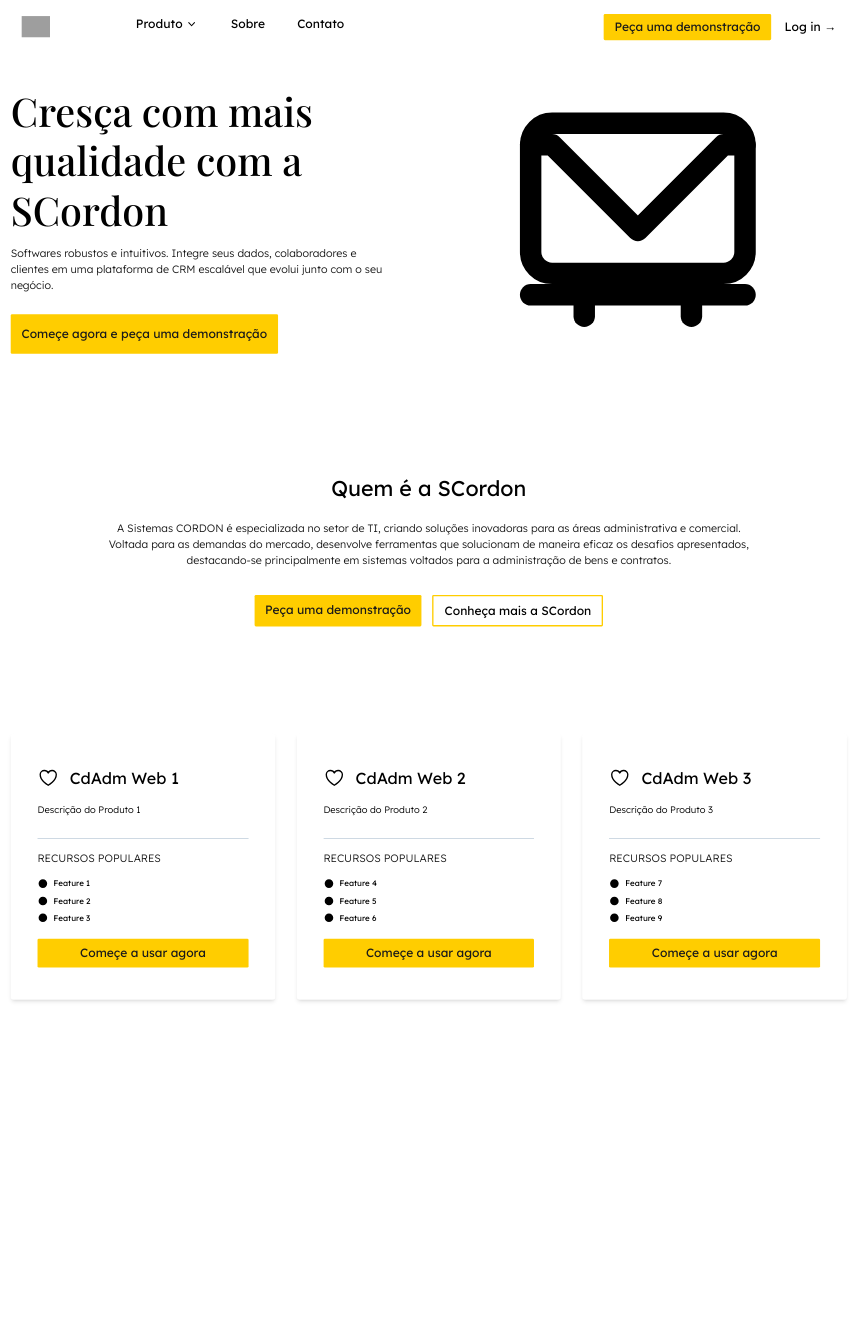
Repository: VereAbsolutum/site-institucional
Page: /
The author's editor kept a copy of each file at every save. The page is drawn from the files as they stood at one save, then again after the next save.
The browser window is 1280 px wide. The pictures show the whole page, at 67% of full size.
Pictures or frames that could not be fetched are drawn as grey boxes. The project was rebuilt for these pictures with package versions that can differ from the ones it lists, and the page was loaded fresh each time. Also part of the build but not shown: vite.config.ts, src/presentation/components/buttons/button-base.tsx, src/presentation/components/buttons/button-border-primary.tsx, src/presentation/components/buttons/button-primary.tsx, src/presentation/components/links/link-border-white.tsx, src/presentation/components/typography/heading1.tsx, src/presentation/pages/not-found/notFound.tsx.

Above is the page before, as saved 2023-04-15 22:20:29.

### src/App.tsx
import React from 'react'
import { BrowserRouter, Routes, Route } from "react-router-dom"
import { Home, NotFound } from './presentation/pages'

const App: React.FC = () => {
  return (
    <BrowserRouter >
      <Routes>
        <Route path='/' element={<Home />} />
        <Route path='*' element={<NotFound />} />
      </Routes>
    </BrowserRouter>
  )
}

export default App

### src/index.css
@import url('https://fonts.googleapis.com/css2?family=Lexend+Deca:wght@300;400&family=Manrope:wght@800&family=Playfair+Display:wght@500&display=swap');

@tailwind base;
@tailwind components;
@tailwind utilities;

### src/presentation/pages/index.ts
export { default as Home } from './home/home'
export { default as NotFound } from './not-found/notFound'

### src/presentation/pages/home/home.tsx
import React from 'react';
import { Header, LinkBorderPrimary, LinkPrimary, TextDisplay, TextHeading2, TextMenu, TextParagraph } from '../../components';
import ProductCard from '../../components/card/product-card';
import { productCardData } from './components';

const home: React.FC = () => {
    return (
        <>
            <Header />
            <main>
                <section className='container py-12 mb-12'>
                    <div className='grid grid-cols-1 sm:grid-cols-2'>
                        <div className='grid grid-cols-1 gap-4 order-2 sm:order-1'>
                            <h1>
                                <TextDisplay>
                                    Cresça com mais qualidade com a SCordon
                                </TextDisplay>
                            </h1>
                            <p className='mb-4 pr-12'>
                                <TextParagraph>
                                    Softwares robustos e intuitivos. Integre seus dados, colaboradores e clientes em uma plataforma de CRM escalável que evolui junto com o seu negócio.
                                </TextParagraph>
                            </p>
                            <div>
                                <LinkPrimary className='py-4 block md:inline-block text-center lg:text-left hidden'>
                                    Começe agora e peça uma demonstração
                                </LinkPrimary>
                                <LinkPrimary className='py-4 block md:hidden text-center lg:text-left'>
                                    Peça uma demonstração
                                </LinkPrimary>
                            </div>
                        </div>
                        <div className='flex justify-center items-center order-1 sm:order-2'>
                            <svg xmlns="http://www.w3.org/2000/svg" width="150" height="150" viewBox="0 0 24 24" fill="none" stroke="currentColor" strokeWidth="2" strokeLinecap="round" strokeLinejoin="round" className="w-full h-auto sm:max-w-sm">
                                <rect x="2" y="3" width="20" height="14" rx="2" ry="2"></rect>
                                <path d="M22 5H20L12 13L4 5H2"></path>
                                <line x1="2" y1="19" x2="22" y2="19"></line>
                                <line x1="7" y1="19" x2="7" y2="21"></line>
                                <line x1="17" y1="19" x2="17" y2="21"></line>
                            </svg>
                        </div>
                    </div>
                </section>


                <section className='container py-20'>
                    <div className='text-center lg:px-36'>
                        <h2 className='mb-6'>
                            <TextHeading2>
                                Quem é a SCordon
                            </TextHeading2>
                        </h2>
                        <p className='mb-10'>
                            <TextParagraph>
                                A Sistemas CORDON é especializada no setor de TI, criando soluções inovadoras para as áreas administrativa e comercial. Voltada para as demandas do mercado, desenvolve ferramentas que solucionam de maneira eficaz os desafios apresentados, destacando-se principalmente em sistemas voltados para a administração de bens e contratos.
                            </TextParagraph>
                        </p>

                        <div className='flex flex-col sm:flex-row sm:justify-center gap-4'>
                            <LinkPrimary className='py-2'>
                                <TextMenu>
                                    Peça uma demonstração
                                </TextMenu>
                            </LinkPrimary>
                            <LinkBorderPrimary className='py-2'>
                                <TextMenu>
                                    Conheça mais a SCordon
                                </TextMenu>
                            </LinkBorderPrimary>
                        </div>
                    </div>
                </section>

                <section className='container py-20 mb-32'>
                    <div className='grid grid-cols-1 gap-8 md:grid-cols-2 lg:grid-cols-3'>
                        {productCardData && productCardData.map((data, index) =>
                            <ProductCard key={index} {...data} />
                        )}
                    </div>
                </section>

                <section className='container py-20 mb-32'>
                    <div className='grid grid-cols-2 md:grid-cols-3'>
                        <div className='text-center'>

                        </div>
                    </div>
                </section>
            </main>
        </>
    );
};

export default home;

### src/presentation/components/index.ts
export { default as Header } from './header/header'

export { default as ButtonBase } from './buttons/button-base'
export { default as ButtonBorderPrimary } from './buttons/button-border-primary'
export { default as ButtonPrimary } from './buttons/button-primary'

export { default as LinkBase } from './links/link-base'
export { default as LinkPrimary } from './links/link-primary'
export { default as LinkBorderPrimary } from './links/link-border-primary'
export { default as LinkBorderWhite } from './links/link-border-white'

export { default as TextBase } from './typography/text-base'
export { default as TextDisplay } from './typography/display'
export { default as TextHeading1 } from './typography/heading1'
export { default as TextHeading2 } from './typography/heading2'
export { default as TextHeading3 } from './typography/heading3'
export { default as TextParagraph } from './typography/paragraph'
export { default as TextParagraphSmall } from './typography/paragraph-small'
export { default as TextCaption } from './typography/caption'
export { default as TextMenu } from './typography/menu'

export { default as List } from './list/list'

### src/presentation/components/card/product-card.tsx
import { HeartIcon } from '@heroicons/react/24/outline';
import React from 'react';
import { LinkPrimary, List, TextCaption, TextParagraph, TextParagraphSmall } from '..';

export type ProductCardProps = {
    imageUrl: string;
    title: string;
    description: string;
    features: string[];
    ctaText: string;
    ctaHref: string;
};

const ProductCard: React.FC<ProductCardProps> = (cardContent: ProductCardProps) => {
    return (
        <div className="bg-white p-6 rounded shadow-md px-10 py-12 transform hover:scale-[1.02] duration-500 ease-in-out">
            <div className="flex flex-col">
                <div className="flex items-center mb-4">
                    <HeartIcon className="w-8 h-auto mr-4 text-blue-500" />
                    <h3 className="font-medium text-[24px]">{cardContent.title}</h3>
                </div>
                <div>
                    <p className="mb-8">
                        <TextParagraphSmall>
                            {/* Conheça a sua nova plataforma digital feita para fornecer todas as ferramentas necessárias para a administração da sua imobiliária. */}
                            {cardContent.description}
                        </TextParagraphSmall>
                    </p>
                    <div className='border-t-black border-t border-solid'>
                        <h4 className='my-4'>
                            <TextParagraph>
                                RECURSOS POPULARES
                            </TextParagraph>
                        </h4>
                        <List items={cardContent.features} />
                        <div className='mt-5'>
                            <LinkPrimary className="block text-center py-2" href={cardContent.ctaHref}>
                                Começe a usar agora
                            </LinkPrimary>
                        </div>
                    </div>
                </div>
            </div>
        </div>
    );
};

export default ProductCard;

### src/presentation/pages/home/components/index.ts
export * from './product-card-data'

### src/presentation/components/header/header.tsx
import React, { useState } from 'react'
import {
    Bars3Icon,
    ChartPieIcon,
    CursorArrowRaysIcon,
    FingerPrintIcon,
} from '@heroicons/react/24/outline'
import { PhoneIcon, PlayCircleIcon } from '@heroicons/react/20/solid'
import { MainMenu, MobileMenu } from './components'
import { ButtonPrimary, LinkPrimary, TextMenu, TextParagraphSmall } from '..'

const products = [
    { name: 'CdAdm Web', description: 'Get a better understanding of your traffic', href: '#', icon: ChartPieIcon },
    { name: 'CdAdm Grafico', description: 'Speak directly to your customers', href: '#', icon: CursorArrowRaysIcon },
    { name: 'CdFin', description: 'Your customers’ data will be safe and secure', href: '#', icon: FingerPrintIcon }
]
const callsToAction = [
    { name: 'Assista a Demo', href: '#', icon: PlayCircleIcon },
    { name: 'Contato', href: '#', icon: PhoneIcon },
]

function classNames(...classes: string[]) {
    return classes.filter(Boolean).join(' ');
}

const header: React.FC = () => {
    const [mobileMenuOpen, setMobileMenuOpen] = useState(false)

    return (
        <header className="bg-white">
            <nav className="mx-auto flex max-w-7xl items-center justify-between p-6 lg:px-8" aria-label="Global">

                <div className="flex lg:flex-1">
                    <a href="#" className="-m-1.5 p-1.5">
                        <span className="sr-only">SCordon</span>
                        <img className="h-8 w-auto" src="https://tailwindui.com/img/logos/mark.svg?color=indigo&shade=600" alt="" />
                    </a>

                    {/* main menu */}
                    <div className='ml-32'>
                        <MainMenu products={products} />
                    </div>
                </div>

                <div className="flex lg:hidden">
                    {/* Button */}
                    <button
                        type="button"
                        className="-m-2.5 inline-flex items-center justify-center rounded-md p-2.5 text-gray-700"
                        onClick={() => setMobileMenuOpen(true)}
                    >
                        <span className="sr-only">Open main menu</span>
                        <Bars3Icon className="h-6 w-6" aria-hidden="true" />
                    </button>
                </div>



                <div className="hidden lg:flex lg:flex-1 lg:justify-end align-items: center">
                    <div className='mr-5'>
                        <LinkPrimary className='py-2'>
                            <TextMenu>
                                Peça uma demonstração
                            </TextMenu>
                        </LinkPrimary>
                    </div>
                    <div className="flex items-center">
                        <a href="#" className="text-lg font-medium leading-6 font-semibold">
                            Log in <span aria-hidden="true">&rarr;</span>
                        </a>
                    </div>
                    {/* Button */}
                </div>
            </nav>

            <MobileMenu
                mobileMenuOpen={mobileMenuOpen}
                setMobileMenuOpen={setMobileMenuOpen}
                products={products}
                callsToAction={callsToAction}
            />
        </header>
    )
}

export default header

### src/presentation/components/links/link-base.tsx
import React from 'react';

export type LinkBaseProps = React.AnchorHTMLAttributes<HTMLAnchorElement> & {
    className?: string;
};

const linkBase: React.FC<LinkBaseProps> = ({ children, className, ...rest }) => {
    const baseClasses =
        'duration-500 ease-in-out font-semibold cursor-pointer rounded-sm hover:bg-blue-700 focus:outline-none focus:ring-2 focus:ring-blue-400 focus:ring-opacity-75';

    return (
        <a className={`${baseClasses} ${className}`} {...rest}>
            {children}
        </a>
    );
};

export default linkBase;

### src/presentation/components/links/link-primary.tsx
// FilledButton.tsx
import React from 'react';
import { LinkBase } from '..';
import { LinkBaseProps } from './link-base';

const linkPrimary: React.FC<LinkBaseProps> = ({ className, ...rest }) => {
    const baseClasses = 'px-4 py-1 text-lg font-400 text-black duration-100 bg-yellow hover:bg-opacity-40 ';

    return <LinkBase className={`${baseClasses} ${className}`} {...rest} />;
};

export default linkPrimary;

### src/presentation/components/links/link-border-primary.tsx
// FilledButton.tsx
import React from 'react';
import { LinkBase } from '..';
import { LinkBaseProps } from './link-base';

const linkBorderPrimary: React.FC<LinkBaseProps> = ({ className, ...rest }) => {
    const baseClasses = 'px-4 py-1 hover:bg-yellow-300 duration-500 ease-in-out border border-solid border-2 border-yellow bg-transparent border text-blue-500';

    return <LinkBase className={`${baseClasses} ${className}`} {...rest} />;
};

export default linkBorderPrimary;

### src/presentation/components/typography/text-base.tsx
import React from 'react';

export type TextBaseProps = React.HTMLAttributes<HTMLSpanElement> & {
    className?: string;
};

const textBase: React.FC<TextBaseProps> = ({ children, className, ...rest }) => {
    const baseClasses = '';

    return (
        <span className={`${baseClasses} ${className}`} {...rest}>
            {children}
        </span>
    );
};

export default textBase;

### src/presentation/components/typography/display.tsx
import React from 'react';
import { TextBase } from '..';
import { TextBaseProps } from './text-base';

const textDisplay: React.FC<TextBaseProps> = ({ children, className, ...rest }) => {
    const baseClasses = 'text-[2.25rem] lg:text-3xl sm:pr-2 font-medium leading-tight font-display';

    return (
        <TextBase className={`${baseClasses} ${className}`} {...rest}>
            {children}
        </TextBase>
    );
};

export default textDisplay;

### src/presentation/components/typography/heading2.tsx
import React from 'react';
import { TextBase } from '..';
import { TextBaseProps } from './text-base';

const textHeading2: React.FC<TextBaseProps> = ({ children, className, ...rest }) => {
    const baseClasses = 'text-xxl font-semibold';

    return (
        <TextBase className={baseClasses}>
            {children}
        </TextBase>
    );
};

export default textHeading2;

### src/presentation/components/typography/paragraph.tsx
import React from 'react';
import { TextBase } from '..';
import { TextBaseProps } from './text-base';

const textParagraph: React.FC<TextBaseProps> = ({ children, className, ...rest }) => {
    const baseClasses = 'text-base font-300 text-black';

    return (
        <TextBase className={`${baseClasses} ${className}`} {...rest}>
            {children}
        </TextBase>
    );
};

export default textParagraph;

### src/presentation/components/typography/paragraph-small.tsx
import React from 'react';
import { TextBase } from '..';
import { TextBaseProps } from './text-base';

const textParagraphSmall: React.FC<TextBaseProps> = ({ children, className, ...rest }) => {
    const baseClasses = 'text-sm font-300';

    return (
        <TextBase className={baseClasses} {...rest}>
            {children}
        </TextBase>
    );
};

export default textParagraphSmall;

### src/presentation/components/typography/caption.tsx
import React from 'react';
import { TextBase } from '..';
import { TextBaseProps } from './text-base';

const textCapiton: React.FC<TextBaseProps> = ({ children, className, ...rest }) => {
    const baseClasses = 'text-xs font-500';

    return (
        <TextBase className={baseClasses} {...rest}>
            {children}
        </TextBase>
    );
};

export default textCapiton;

### src/presentation/components/typography/menu.tsx
import React from 'react';
import { TextBase } from '..';
import { TextBaseProps } from './text-base';

const textMenu: React.FC<TextBaseProps> = ({ children, className, ...rest }) => {
    const baseClasses = 'text-lg font-500';

    return (
        <TextBase className={`${baseClasses} ${className}`} {...rest}>
            {children}
        </TextBase>
    );
};

export default textMenu;

### src/presentation/components/list/list.tsx
import React, { ReactNode } from 'react'
import { TextCaption } from '..'
import { Item } from './components'

export type ListProps = {
    items: string[]
}

const List: React.FC<ListProps> = ({ items }) => {
    return (
        <ul>
            {items && items.map((item, index) =>
                <Item key={index} value={item} />
            )}
        </ul>
    )
}

export default List

### src/presentation/pages/home/components/product-card-data.ts
import { ProductCardProps } from "../../../components/card/product-card";

export const productCardData: ProductCardProps[] = [
    {
        imageUrl: 'https://example.com/image1.jpg',
        title: 'CdAdm Web 1',
        description: 'Descrição do Produto 1',
        features: ['Feature 1', 'Feature 2', 'Feature 3'],
        ctaText: 'Começe a usar agora',
        ctaHref: '/get-started-1',
    },
    {
        imageUrl: 'https://example.com/image2.jpg',
        title: 'CdAdm Web 2',
        description: 'Descrição do Produto 2',
        features: ['Feature 4', 'Feature 5', 'Feature 6'],
        ctaText: 'Começe a usar agora',
        ctaHref: '/get-started-2',
    },
    {
        imageUrl: 'https://example.com/image3.jpg',
        title: 'CdAdm Web 3',
        description: 'Descrição do Produto 3',
        features: ['Feature 7', 'Feature 8', 'Feature 9'],
        ctaText: 'Começe a usar agora',
        ctaHref: '/get-started-3',
    },
];

### src/presentation/components/header/components/index.ts
export { default as MobileMenu } from './mobile-menu'
export { default as MainMenu } from './main-menu'

### src/presentation/components/list/components/index.ts
export { default as Item } from './item'

### src/presentation/components/list/components/item.tsx
import React, { ReactNode } from 'react';
import { TextCaption } from '../..';

export type Item = {
    value: ReactNode
}

const item: React.FC<Item> = ({ value }) => {
    return (
        <li className='list-none flex items-center mb-1'>
            <svg className="w-4 h-4 mr-2 text-green-500 h-[1.35rem]" viewBox="0 0 20 20" fill="currentColor">
                <path d="M10 18a8 8 0 100-16 8 8 0 000 16zm1-13a1 1 0 10-2 0v4a1 1 0 00.293.707l2.828 2.829a1 1 0 101.415-1.415L11 9.586V5z"></path>
            </svg>
            <TextCaption>
                {value}
            </TextCaption>
        </li>
    );
};

export default item;

### src/presentation/components/typography/heading3.tsx
import React from 'react';
import { TextBase } from '..';
import { TextBaseProps } from './text-base';

const textHeading3: React.FC<TextBaseProps> = ({ children, className, ...rest }) => {
    const baseClasses = 'text-xl font-semibold';

    return (
        <TextBase className={baseClasses}>
            {children}
        </TextBase>
    );
};

export default textHeading3;

Loaded but not shown: index.html (common file); src/main.tsx (common file); tailwind.config.js (53 lines, source omitted); src/presentation/components/header/components/mobile-menu.tsx (118 lines, source omitted); src/presentation/components/header/components/main-menu.tsx (79 lines, source omitted)

After the next save:
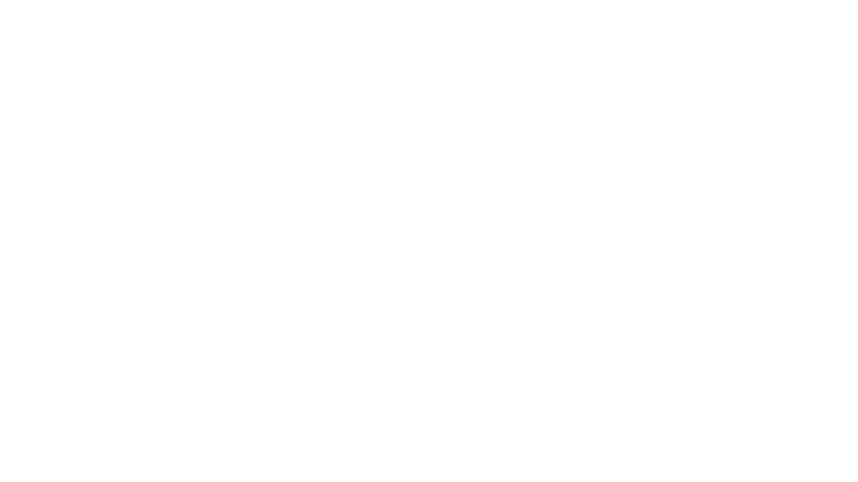
Console error: ReferenceError: HeartIcon is not defined
Saved 38 s later.
--- a/src/presentation/pages/home/home.tsx
+++ b/src/presentation/pages/home/home.tsx
@@ -82,7 +82,7 @@
                 <section className='container py-20 mb-32'>
                     <div className='grid grid-cols-2 md:grid-cols-3'>
                         <div className='text-center'>
-
+                            <HeartIcon className="w-4 h-auto mr-4 text-blue-500" />
                         </div>
                     </div>
                 </section>

After the 2 saves that followed:
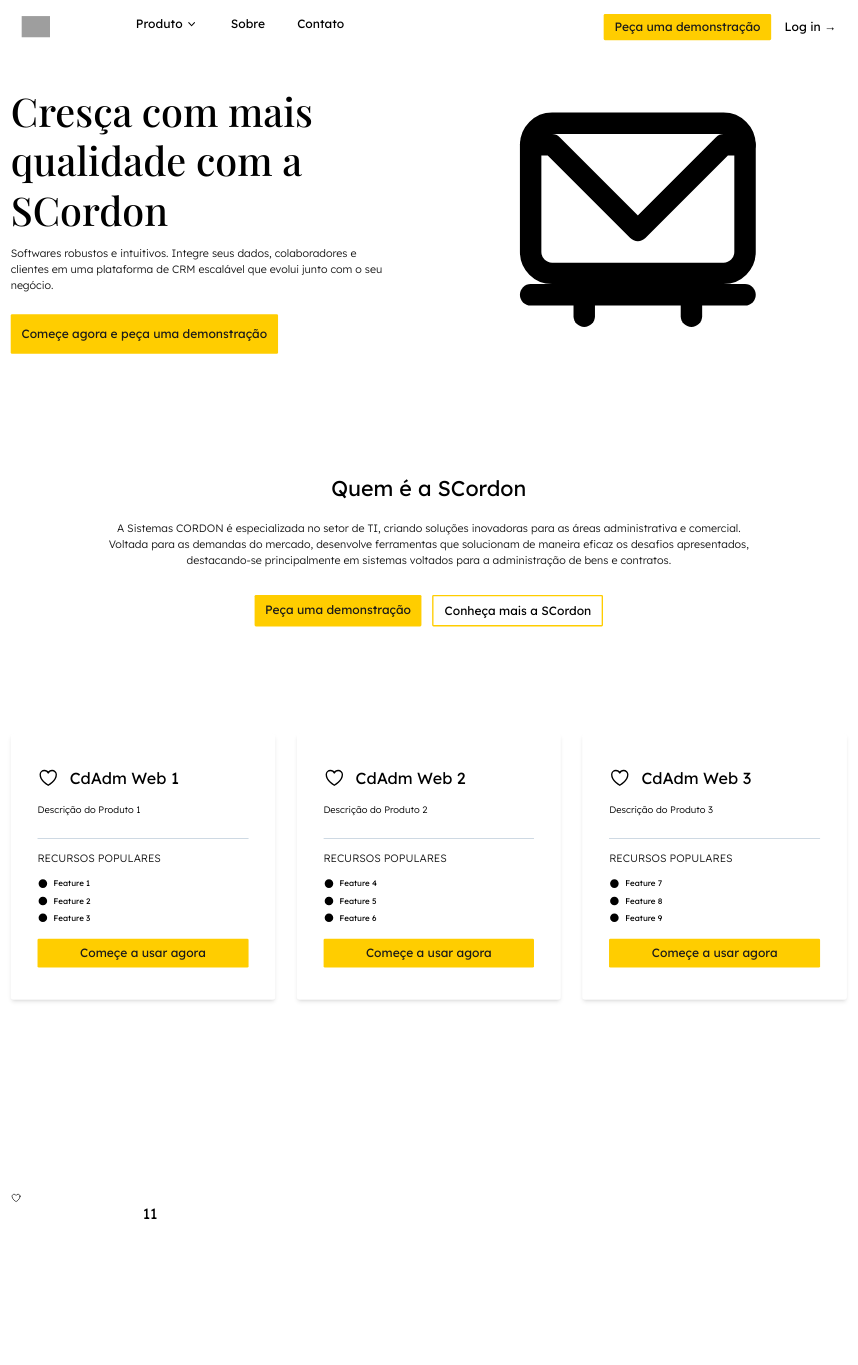
The error is gone.
The 2 saves are shown as one change because 1 did not build or start.
The last was saved 52 s later.
--- a/src/presentation/pages/home/home.tsx
+++ b/src/presentation/pages/home/home.tsx
@@ -1,5 +1,6 @@
+import { HeartIcon } from '@heroicons/react/24/outline';
 import React from 'react';
-import { Header, LinkBorderPrimary, LinkPrimary, TextDisplay, TextHeading2, TextMenu, TextParagraph } from '../../components';
+import { Header, LinkBorderPrimary, LinkPrimary, TextDisplay, TextHeading2, TextHeading3, TextMenu, TextParagraph } from '../../components';
 import ProductCard from '../../components/card/product-card';
 import { productCardData } from './components';
 
@@ -83,6 +84,10 @@
                     <div className='grid grid-cols-2 md:grid-cols-3'>
                         <div className='text-center'>
                             <HeartIcon className="w-4 h-auto mr-4 text-blue-500" />
+                            <h3>
+
+                            </h3>
+                            <TextHeading3>11</TextHeading3>
                         </div>
                     </div>
                 </section>
